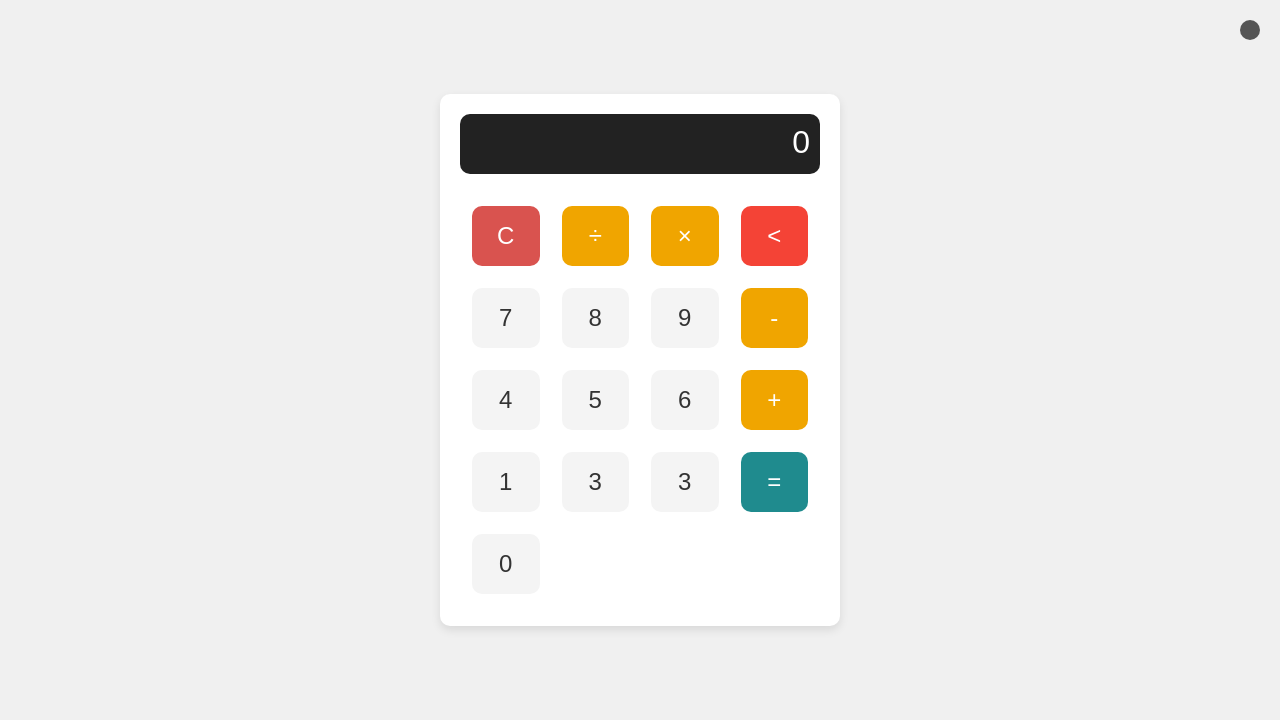
Repository: akhiranandan-04/Calculator
Page: index.html
An editor plug-in stored every save of this project. The page is shown before and after the next save, followed by the edit.
The browser window is 1280 px wide. The pictures show the whole page.

Above is the page before, as saved 2024-10-09 17:13:16.

### index.html
<!DOCTYPE html>
<html lang="en">
<head>
    <meta charset="UTF-8">
    <meta name="viewport" content="width=device-width, initial-scale=1.0">
    <title>Calculator</title>
    <link rel="stylesheet" href="style.css">
</head>
<body>

    <div class="container">
        <div class="calculater dark">
            <div class="theme-toggler active">
                <i class="toggler-icon"></i>
            </div>
            <div class="display-screen">
                <div id="display"><h1>Calculator</h1></div>
            </div>
            <div class="buttons">
                <table>
                    <tr>
                        <td><button class="btn-operater" id="clear">C</button></td>
                        <td><button class="btn-operater" id="/">&divide;</button></td>
                        <td><button class="btn-operater" id="*">&times;</button></td>
                        <td><button class="btn-operater" id="backspace"><</button></td>
                    </tr>
                    <tr>
                        <td><button class="btn-num" id="7">7</button></td>
                        <td><button class="btn-num" id="8">8</button></td>
                        <td><button class="btn-num" id="9">9</button></td>
                        <td><button class="btn-operater" id="-">-</button></td>
                    </tr>
                    <tr>
                        <td><button class="btn-num" id="4">4</button></td>
                        <td><button class="btn-num" id="5">5</button></td>
                        <td><button class="btn-num" id="6">6</button></td>
                        <td><button class="btn-operater" id="+">+</button></td>
                    </tr>
                    <tr>
                        <td><button class="btn-num" id="1">1</button></td>
                        <td><button class="btn-num" id="2">3</button></td>
                        <td><button class="btn-num" id="3">3</button></td>
                        <td><button class="btn-equal" id="equal">=</button></td>
                    </tr>
                    <tr>
                        <td><button class="btn-num" id="0">0</button></td>

                    </tr>
                </table>
            </div>
        </div>
    </div>

    <script src="script.js"></script>

</body>
</html>

### style.css

* {
    margin: 0;
    padding: 0;
    box-sizing: border-box;
    background: linear-gradient(rgba(0,0,0,0.5) red);
}

body {
    font-family: Arial, sans-serif;
    display: flex;
    justify-content: center;
    align-items: center;
    height: 100vh;
    background-color: #f0f0f0;

}

.container {
    display: flex;
    justify-content: center;
    align-items: center;
}

.calculater {
    width: 400px;
    background-color: #fff;
    border-radius: 10px;
    box-shadow: 0 4px 10px rgba(0, 0, 0, 0.1);
    padding: 20px;
}

#display{
    color: white;
}
.display-screen {
    width: 100%;
    height: 60px;
    background-color: #222;
    color: white;
    border-radius: 10px;
    text-align: right;
    padding: 10px;
    font-size: 2em;
}

.buttons {
    margin-top: 20px;
}

table {
    width: 100%;
    table-layout: fixed;
}

td {
    width: 25%;
    padding: 10px;
}

button {
    width: 100%;
    height: 60px;
    font-size: 1.5em;
    border: none;
    outline: none;
    border-radius: 10px;
    cursor: pointer;
    transition: background-color 0.3s;
}


.btn-num {
    background-color: #f4f4f4;
    color: #333;
}

.btn-operater {
    background-color: #f0a500;
    color: white;
}

.btn-equal {
    background-color: #1f8b8e;
    color: white;
}

button:hover {
    opacity: 0.8;
}

#clear {
    background-color: #d9534f;
    color: white;
}

#backspace {
    background-color: #f44336;
    color: white;
}

/* Theme Toggler */
.theme-toggler {
    position: absolute;
    top: 20px;
    right: 20px;
    background-color: #222;
    color: white;
    padding: 10px;
    border-radius: 50%;
    cursor: pointer;
}

.theme-toggler.active {
    background-color: #555;
}

body.dark .calculater {
    background-color: #333;
}

body.dark .display-screen {
    background-color: #111;
}

body.dark button {
    background-color: #444;
    color: #fff;
}

body.dark #clear {
    background-color: #c9302c;
}

### script.js
const display = document.getElementById('display');
const clear = document.getElementById('clear');
const backspace = document.getElementById('backspace');
const equal = document.getElementById('equal');
const buttons = document.querySelectorAll('.btn-num, .btn-operater');

let currentInput = '';

function updateDisplay() {
    display.innerHTML = currentInput || '0';
}

buttons.forEach(button => {
    button.addEventListener('click', () => {
        const buttonText = button.innerText;

        if (button.classList.contains('btn-num') || button.classList.contains('btn-operater')) {
            currentInput += buttonText;
        }

        updateDisplay();
    });
});

backspace.addEventListener('click', () => {
    currentInput = currentInput.slice(0, -1);
    updateDisplay();
});

clear.addEventListener('click', () => {
    currentInput = '';
    updateDisplay();
});

equal.addEventListener('click', () => {
    try {
        currentInput = eval(currentInput).toString();
    } catch (e) {
        currentInput = 'Error';
    }
    updateDisplay();
});

updateDisplay();

const themeToggler = document.querySelector('.theme-toggler');

themeToggler.addEventListener('click', () => {
    document.body.classList.toggle('dark');
    themeToggler.classList.toggle('active');
});

After the next save:
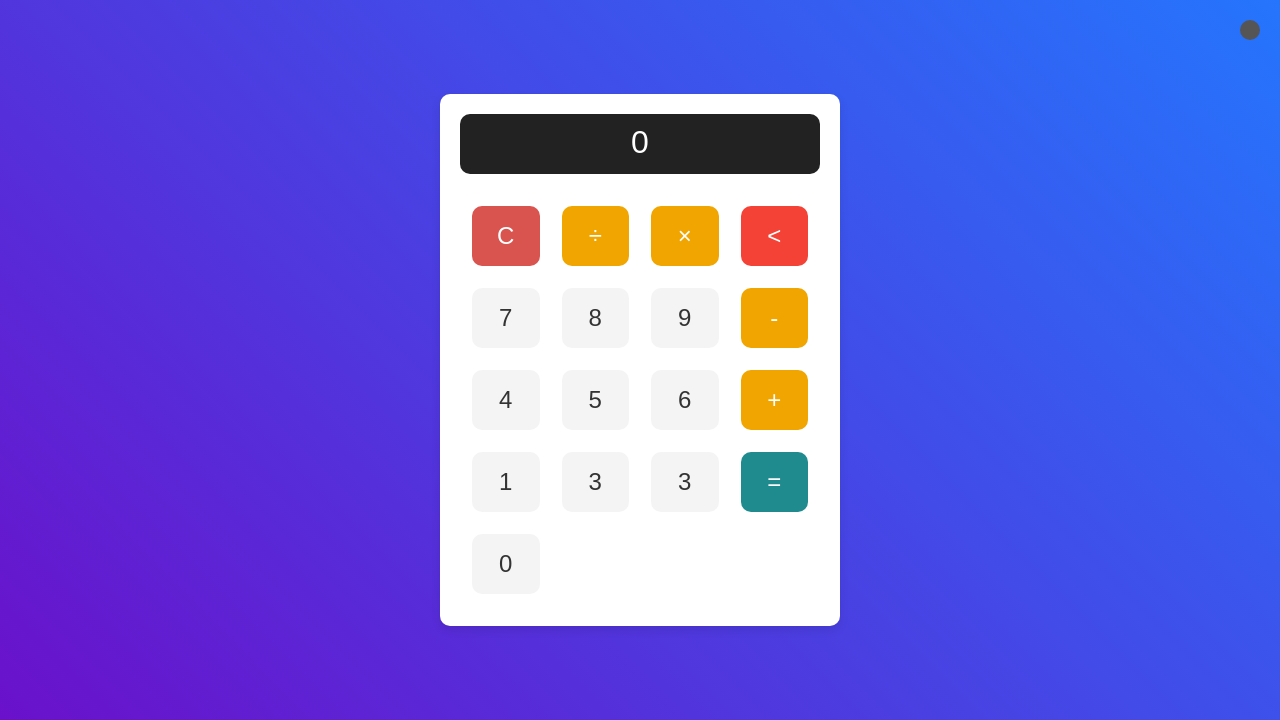
Saved 54 s later.
--- a/style.css
+++ b/style.css
@@ -1,9 +1,7 @@
-
 * {
     margin: 0;
     padding: 0;
     box-sizing: border-box;
-    background: linear-gradient(rgba(0,0,0,0.5) red);
 }
 
 body {
@@ -12,8 +10,8 @@
     justify-content: center;
     align-items: center;
     height: 100vh;
-    background-color: #f0f0f0;
-
+    background: linear-gradient(45deg, #6a11cb, #2575fc);
+    color: white;
 }
 
 .container {
@@ -30,18 +28,21 @@
     padding: 20px;
 }
 
-#display{
-    color: white;
-}
 .display-screen {
     width: 100%;
     height: 60px;
     background-color: #222;
     color: white;
     border-radius: 10px;
-    text-align: right;
+    text-align: center;
     padding: 10px;
     font-size: 2em;
+}
+
+#display h1 {
+    font-size: 1.5em;
+    color: white;
+    margin: 0;
 }
 
 .buttons {
@@ -68,7 +69,6 @@
     cursor: pointer;
     transition: background-color 0.3s;
 }
-
 
 .btn-num {
     background-color: #f4f4f4;
@@ -99,7 +99,6 @@
     color: white;
 }
 
-/* Theme Toggler */
 .theme-toggler {
     position: absolute;
     top: 20px;
@@ -114,20 +113,3 @@
 .theme-toggler.active {
     background-color: #555;
 }
-
-body.dark .calculater {
-    background-color: #333;
-}
-
-body.dark .display-screen {
-    background-color: #111;
-}
-
-body.dark button {
-    background-color: #444;
-    color: #fff;
-}
-
-body.dark #clear {
-    background-color: #c9302c;
-}

After the save that followed:
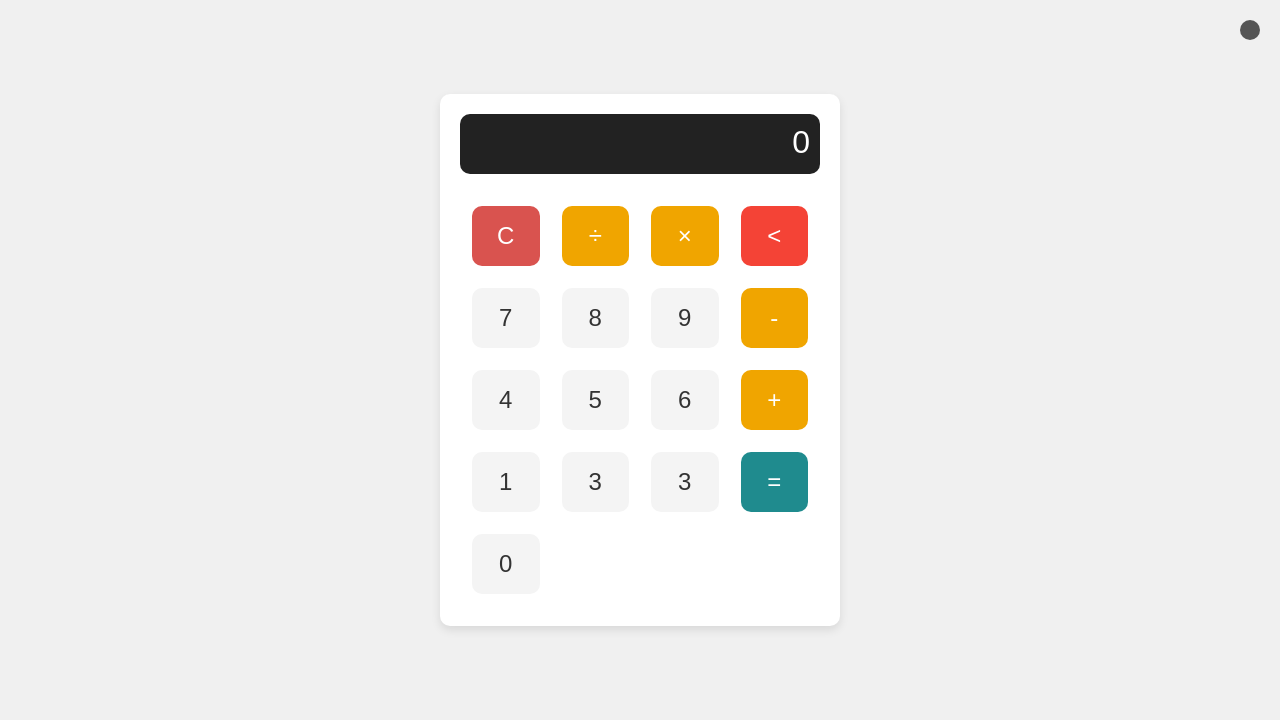
Saved 19 s later.
--- a/style.css
+++ b/style.css
@@ -1,7 +1,9 @@
+
 * {
     margin: 0;
     padding: 0;
     box-sizing: border-box;
+    background: linear-gradient(rgba(0,0,0,0.5) red);
 }
 
 body {
@@ -10,8 +12,8 @@
     justify-content: center;
     align-items: center;
     height: 100vh;
-    background: linear-gradient(45deg, #6a11cb, #2575fc);
-    color: white;
+    background-color: #f0f0f0;
+
 }
 
 .container {
@@ -28,21 +30,16 @@
     padding: 20px;
 }
 
+
 .display-screen {
     width: 100%;
     height: 60px;
     background-color: #222;
     color: white;
     border-radius: 10px;
-    text-align: center;
+    text-align: right;
     padding: 10px;
     font-size: 2em;
-}
-
-#display h1 {
-    font-size: 1.5em;
-    color: white;
-    margin: 0;
 }
 
 .buttons {
@@ -69,6 +66,7 @@
     cursor: pointer;
     transition: background-color 0.3s;
 }
+
 
 .btn-num {
     background-color: #f4f4f4;
@@ -99,6 +97,7 @@
     color: white;
 }
 
+/* Theme Toggler */
 .theme-toggler {
     position: absolute;
     top: 20px;
@@ -113,3 +112,20 @@
 .theme-toggler.active {
     background-color: #555;
 }
+
+body.dark .calculater {
+    background-color: #333;
+}
+
+body.dark .display-screen {
+    background-color: #111;
+}
+
+body.dark button {
+    background-color: #444;
+    color: #fff;
+}
+
+body.dark #clear {
+    background-color: #c9302c;
+}
